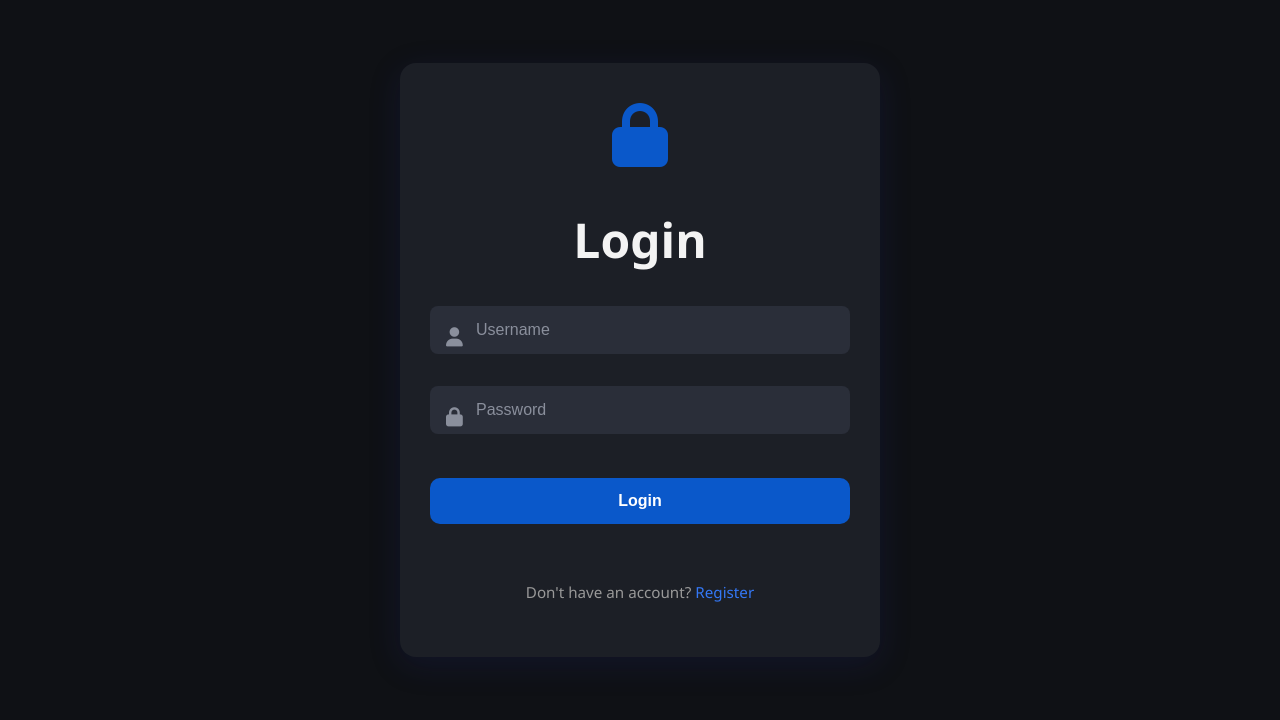
Repository: lowluds/auth-flask
Page: http://localhost/login
An editor plug-in stored every save of this project. The page is shown before and after the next save, followed by the edit.
The browser window is 1280 px wide. The pictures show the whole page.
The page is served by the project's application, run on Flask 3 (login.py).

Above is the page before, as saved 2025-07-10 23:02:03.

After the next save:
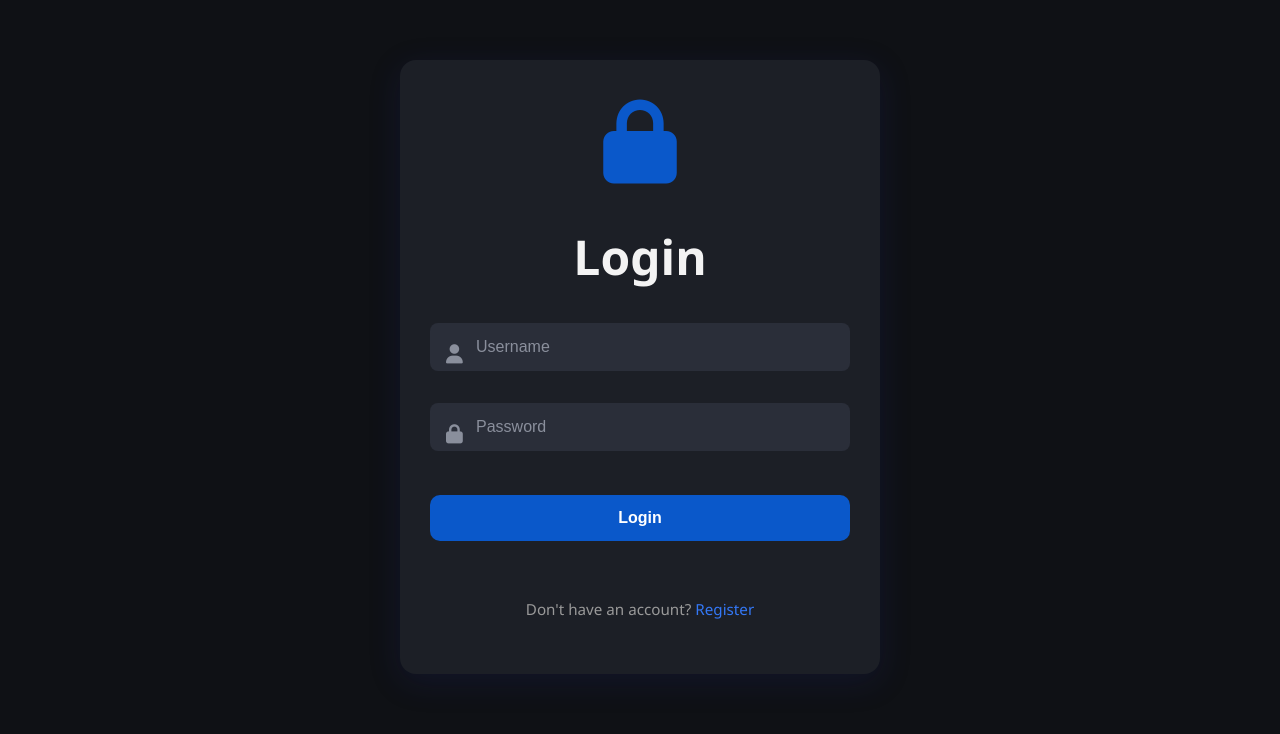
Saved 13 s later.
--- a/static/register.css
+++ b/static/register.css
@@ -143,7 +143,7 @@ a:hover {
 }
 
 .login-container .login-icon {
-    font-size: 64px;
+    font-size: 84px;
     color: #0a58ca;
     margin-bottom: 0px;
 }
